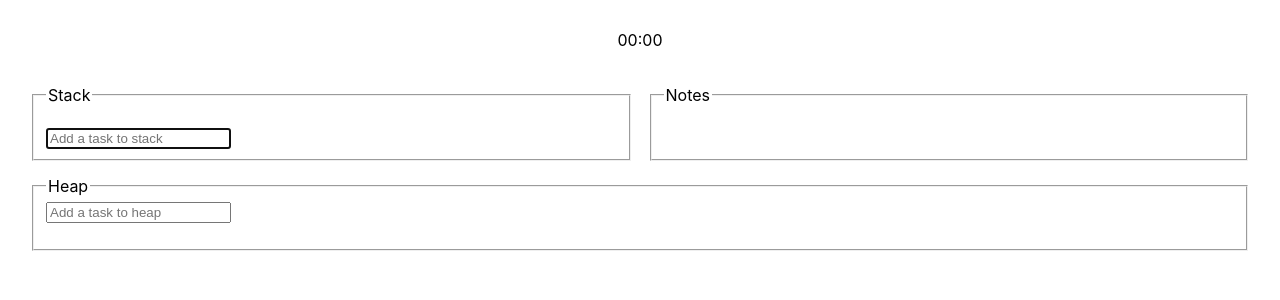
Repository: litalsh/Meeting-Managment-App
Page: /
The author's editor kept a copy of each file at every save. The page is drawn from the files as they stood at one save, then again after the next save.
The browser window is 1280 px wide. The pictures show the whole page.
The project was rebuilt for these pictures with package versions that can differ from the ones it lists, and the page was loaded fresh each time. Also part of the build but not shown: src/components/Task/Task.js.

Above is the page before, as saved 2021-01-10 15:13:18.

### src/App.js
import './App.css';
import React, { useState, useEffect } from 'react';
import Stack from './components/Stack/Stack';
import GlobalTime from './components/GlobalTime/GlobalTime';
import MeetingContextProvider from './Context/store';
import Heap from './components/Heap/Heap';
import Notes from './components/Notes/Notes';


function App() {

  return (
    <div className="App">
      <MeetingContextProvider>
        <GlobalTime />
        <Stack />
        <Notes />
        <Heap />
      </MeetingContextProvider>
    </div>
  );
}

export default App;

### src/App.css
.App {
  display: grid;
  grid-template-columns: repeat(6, 1fr);
  grid-gap: 15px;
  margin: 10px 30px;
}

### src/components/Stack/Stack.js
import React, { useContext } from 'react';
import Task from '../Task/Task';
import { meetingContext } from '../../Context/store';
import './Stack.css';

const Stack = () => {

  const { stack, newStackHandler, taskRemoveHandler, changeListHandler } = useContext(meetingContext);

  return (

      <fieldset className="stack-container">
        {console.log('stack: ', stack)}
        <legend>Stack</legend>
        <ul className="stack-list">
          {stack !== undefined ? stack.map((task, id) => (
            <Task key={id}
            time={task.time}
            title={task.topic}
            type={task.type}
            remove={() => taskRemoveHandler(task.id, task.type)}
            changeList={() => changeListHandler(task.id, task.type)} />
          )) : null}
        </ul>
        <input type="text" placeholder="Add a task to stack" onKeyDown={newStackHandler} className='stack-input' autoFocus aria-flowto='heap-input' />
      </fieldset>

  );
}

export default Stack;

### src/components/GlobalTime/GlobalTime.js
import React, { useState, useEffect } from 'react';
import './GlobalTime.css';

const GlobalTime = () => {
  const [globalTimer, setGlobalTimer] = useState(0);
  let minutes = Math.floor(globalTimer / 60);
  let seconds = Math.abs(globalTimer % 60);
  minutes = minutes.toString().length === 1 ? "0" + minutes : minutes;
  seconds = seconds.toString().length === 1 ? "0" + seconds : seconds;

  useEffect(() => {
    const id = window.setInterval(() => {
      setGlobalTimer(globalTimer => globalTimer = globalTimer + 30);
    }, 30000);
    return () => window.clearInterval(id);
  })

  return (
    <div className='global-timer'>{minutes}:{seconds}</div>
    );
}

export default GlobalTime;

### src/Context/store.js
import React, { useState, createContext } from 'react';
import useLocalStorage from '../hooks/useLocalStorage';
import { v4 as uuidv4 } from "uuid";


export const meetingContext = createContext();


const MeetingContextProvider = (props) => {

  const [stack, setStack] = useLocalStorage('stack', []);
  const [heap, setHeap] = useLocalStorage('heap', []);
  const [notes, setNotes] = useLocalStorage('notes', []);

  // Create a new stack task
  const newStackHandler = (event) => {
    if (event.which === 13 && event.target.value !== '') {
      setStack([
        ...stack,
        { id: uuidv4(), type: 'stack', topic: event.target.value, time: new Date() }
      ]);
      event.target.value = '';
      console.log(stack)
      // setTimer(stack[0] !== undefined ? stack[stack.length - 1].time * 60 : null);
    };
  };

  // Create a new heap task
  const newHeapHandler = (event) => {
    if (event.which === 13 && event.target.value !== '') {
      setHeap([
        ...heap,
        { id: uuidv4(), type: 'heap', topic: event.target.value, time: new Date() }
      ]);
      event.target.value = '';
    };
  };

  // Remove a task
  const taskRemoveHandler = (id, type) => {
    if (type === 'stack') {
      const taskIndex = stack.findIndex(task => {
        return task.id === id;
      });

      let tempList = [...stack];
      tempList.splice(taskIndex, 1);
      setStack(tempList);
      console.log(taskIndex)
    };

    if (type === 'heap') {
      const taskIndex = heap.findIndex(task => {
        return task.id === id;
      });

      let tempList = [...heap];
      tempList.splice(taskIndex, 1);
      setHeap(tempList)
      console.log(taskIndex)
    };
    return console.log('taskRmoveHandler: ', stack);

  }


  return (
    <meetingContext.Provider value={
      {
        stack,
        setStack,
        heap,
        notes,
        newStackHandler,
        newHeapHandler,
        taskRemoveHandler
      }
    }>
      {props.children}
    </meetingContext.Provider>
  );
}

export default MeetingContextProvider;

### src/components/Heap/Heap.js
import React, { useContext } from 'react';
import Task from '../Task/Task';
import { meetingContext } from '../../Context/store';
import MeetingContextProvider from '../../Context/store';
import './Heap.css';

const Heap = () => {
  const { heap, newHeapHandler, taskRemoveHandler, changeListHandler } = useContext(meetingContext);


  return (
    <MeetingContextProvider>
      <fieldset className="heap-container">
        <legend>Heap</legend>
        <input type="text" placeholder="Add a task to heap" onKeyDown={newHeapHandler} className='heap-input' aria-flowto='notes-input' />
        <ul className="heap-list">
          {heap[0] !== undefined ? heap.map((task, id) => (
            <Task key={id}
            title={task.topic}
            type={task.type}
            remove={() => taskRemoveHandler(task.id, task.type)}
            changeList={() => changeListHandler(task.id, task.type)} />
          )) : null}
        </ul>
      </fieldset>
    </MeetingContextProvider>
  );
}

export default Heap;

### src/components/Notes/Notes.js
import React from 'react';
import './Notes.css';

const Notes = () => {
  return (
    <fieldset className='notes-container'>
      <legend>Notes</legend>
      <ul>

      </ul>
    </fieldset>
   );
}

export default Notes;

### src/components/Stack/Stack.css
.stack-container {
  grid-column: 1/4;
}

### src/components/GlobalTime/GlobalTime.css
.global-timer {
  grid-column: 1/7;
  margin: 20px auto;
}

### src/hooks/useLocalStorage.js
import { useState, useEffect } from "react";

const PREFIX = 'meeting-manament-';


const useLocalStorage = (key, initialValue) => {
  const prefixedKey = PREFIX + key
  const [value, setValue] = useState(() => {
    const jsonValue = localStorage.getItem(prefixedKey)
    if (jsonValue != null) return JSON.parse(jsonValue)
    if (typeof initialValue === 'function') {
      return initialValue()
    } else {
      return initialValue
    }
  })

  useEffect(() => {
    localStorage.setItem(prefixedKey, JSON.stringify(value))
  }, [prefixedKey, value])

  return [value, setValue]
}


export default useLocalStorage;

### src/components/Heap/Heap.css
.heap-container {
  grid-column: 1/7;
}

### src/components/Notes/Notes.css
.notes-container {
  grid-column: 4/7;
}

Loaded but not shown: public/index.html (common file); src/index.js (common file); src/index.css (common file); src/reportWebVitals.js (common file)

After the next save:
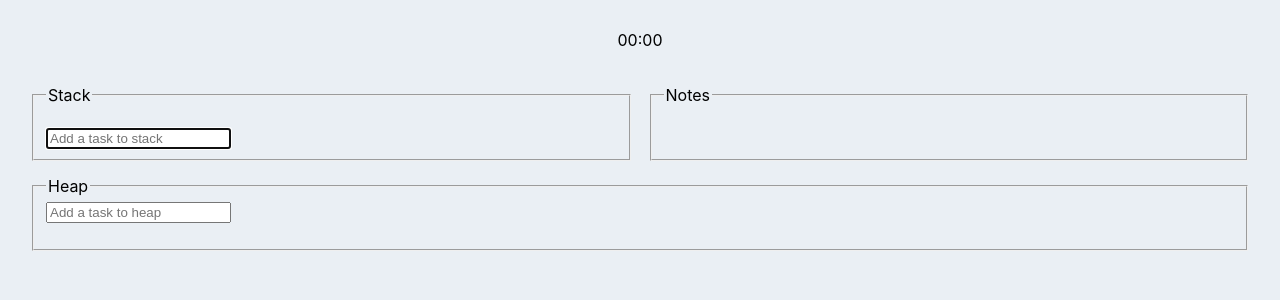
Saved 34 s later.
--- a/src/App.css
+++ b/src/App.css
@@ -1,3 +1,7 @@
+body{
+  background-color:  #eaeff4;
+ }
+
 .App {
   display: grid;
   grid-template-columns: repeat(6, 1fr);
